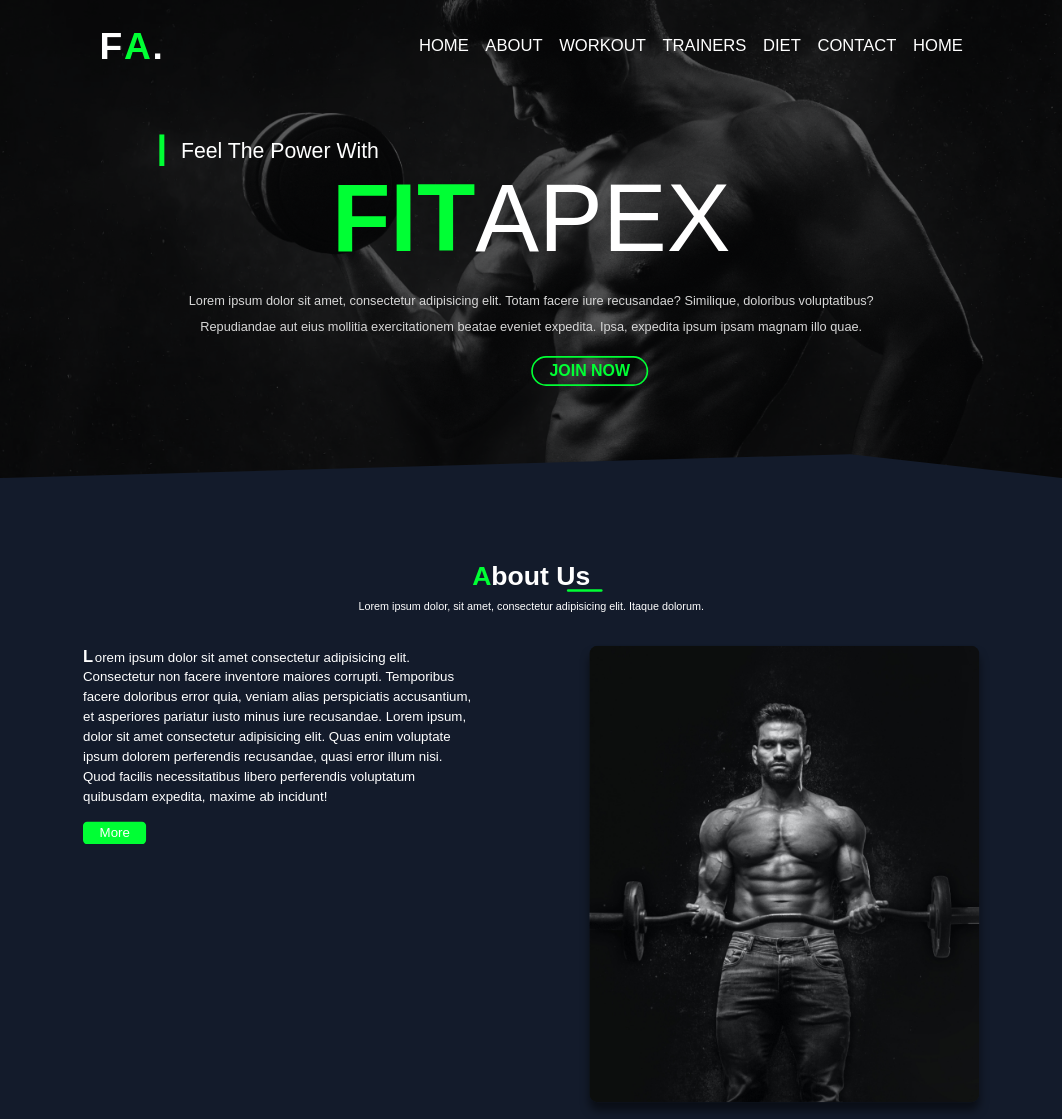
Repository: guilhermecardoso93/fitapex
Page: index.html
The author's editor kept a copy of each file at every save. The page is drawn from the files as they stood at one save, then again after the next save.
The browser window is 1280 px wide. The pictures show the whole page, at 83% of full size.

Above is the page before, as saved 2023-03-05 21:28:00.

### index.html
<!DOCTYPE html>
<html lang="pr-BR">
  <head>
    <meta charset="UTF-8" />
    <meta http-equiv="X-UA-Compatible" content="IE=edge" />
    <meta name="viewport" content="width=device-width, initial-scale=1.0" />
    <link rel="stylesheet" href="styles.css" />
    <link
      rel="stylesheet"
      href="https://cdnjs.cloudflare.com/ajax/libs/font-awesome/4.7.0/css/font-awesome.css"
    />
    <title>F.A GYM</title>
  </head>
  <body>
    <div class="navbar">
      <a href="#" class="logo">F<b>A</b>.</a>
      <ol>
        <li>
          <a href="#home">home</a>
        </li>
        <li>
          <a href="#about">about</a>
        </li>
        <li>
          <a href="#workout">workout</a>
        </li>
        <li>
          <a href="#trainers">trainers</a>
        </li>
        <li>
          <a href="#diet">diet</a>
        </li>
        <li>
          <a href="#contact">contact</a>
        </li>
        <li>
          <a href="#home">home</a>
        </li>
      </ol>
    </div>
    <section id="home" class="home view">
      <div class="highlights">
        <h3>feel the power with</h3>
        <h1><b>FIT</b>APEX</h1><br>
        <p class="tagline">
          Lorem ipsum dolor sit amet, consectetur adipisicing elit. Totam facere iure recusandae? Similique, doloribus voluptatibus? Repudiandae aut eius mollitia exercitationem beatae eveniet expedita. Ipsa, expedita ipsum ipsam magnam illo quae.
        </p>
        <button class="join">join now</button>
      </div>
      <div class="banner"/>
    </section>

    <section id="about" class="about view">
      <div class="main">
        <h2><span>A</span>bout Us</h2>
        <h6>Lorem ipsum dolor, sit amet, consectetur adipisicing elit. Itaque dolorum.</h6>
      </div>
      <div class="content">
        <div class="cols">
          <p><b>L</b>orem ipsum dolor sit amet consectetur adipisicing elit. Consectetur non facere inventore maiores corrupti. Temporibus facere doloribus error quia, veniam alias perspiciatis accusantium, et asperiores pariatur iusto minus iure recusandae. Lorem ipsum, dolor sit amet consectetur adipisicing elit. Quas enim voluptate ipsum dolorem perferendis recusandae, quasi error illum nisi. Quod facilis necessitatibus libero perferendis voluptatum quibusdam expedita, maxime ab incidunt! </p>
          <a href="#">more</a>
        </div>
        <div class="cols">
          <div class="box">
            <img src="./assets/about.jpg" alt="">
          </div>
        </div>
      </div>
    </section>
  </body>
</html>

### styles.css
@import url("https://fonts.googleapis.com/css2?family=Poppins:wght@400;500&display=swap");

@import "./css/_navbar.css";
@import "./css/_home.css";
@import "./css/_about.css";

* {
  margin: 0;
  padding: 0;
  box-sizing: border-box;
  font-family: "Poppisns", sans-serif;
  outline: none;
  color: #fff;
}

:root {
  --prime: #00ff34;
}

body {
  background-color: #131b2b;
}


.view {
  width: 100%;
  min-height: 80vh;
  position: relative;
}

### css/_navbar.css

.navbar {
  width: 100%;
  display: flex;
  position: fixed;
  padding: 30px 120px;
  background-color: transparent;
  justify-content: space-between;
  z-index: 1111;
  transition: 0.5s ease;
}

.logo {
  font-size: 2.8em;
  font-weight: 800;
  letter-spacing: 2px;
  text-transform: uppercase;
  text-decoration: none;
}

.logo B{
  color: var(--prime);
}

ol {
  display: flex;
  margin: auto 0;
}

ol li {
  list-style: none;
  margin-left: 20px;
}

ol li a {
  font-size: 20px;
  font-weight:500;
  text-transform: uppercase;
  text-decoration: none;
}

ol li:hover a {
  color: var(--prime);
}

### css/_home.css
.home {
  display: flex;
  min-height: 120vh;
  align-items: center;
  justify-content: center;
  clip-path: polygon(0 0, 100% 0, 100% 100%, 80% 95%, 0 100%);
}

.banner {
  height: 100%;
  width: 100%;
  position: absolute;
  background: url("../assets/banner.jpg");
  background-size: cover;
  background-position: center;
  filter: brightness(40%);
}

.highlights {
  width: 70%;
  position: relative;
  display: inline-block;
  z-index: 11;
}

.highlights h3 {
  display: inline;
  font-size: 2vw;
  padding: 5px 20px;
  font-weight: lighter;
  text-transform: capitalize;
  border-left: 6px solid var(--prime);
}

.highlights h1 {
  font-size: 9vw;
  text-align: center;
  font-weight: normal;
}

.highlights b {
  color: var(--prime);
  font-weight: 800;
  font-family: sans-serif;
}

.highlights .tagline {
  color: #d7d7d7;
  font-size: 1.2vw;
  text-align: center;
  font-weight: normal;
  line-height: 32px;
}

.highlights .join {
  position: absolute;
  left: 50%;
  margin-top: 1.2rem;
  padding: 5px 20px;

  transform: tanslateX(-500%);
  font-weight: 800;
  font-size: 1.5vw;
  text-transform: uppercase;

  color: var(--prime);
  border: 2px solid var(--prime);
  border-radius: 50px;
  background: transparent;

  transition: 0.3s ease;
}

.highlights .join:hover {
  color: #fff;
  cursor: pointer;
  letter-spacing: 1.5px;
  background: var(--prime);
}

### css/_about.css
.main {
  width: 100%;
  text-align: center;
  padding-bottom: 20px;
}

.main h2 {
  font-size: 2.5vw;
  position: relative;
  text-align: center;
  padding-top: 100px;
  display: inline-block;
}

span {
  color: var(--prime);
}

.main h2:before {
  position: absolute;
  content: '';
  background: var(--prime);
  height: 3px;
  width: 30%;
  right: -15px;
  bottom: 0;
  border-radius: 50px;
}

.main h6 {
  margin-top: 10px;
  font-size: 13px;
  font-family: sans-serif;
  font-weight: lighter;
}

.content {
  position: relative;
  display: flex;
  width: 100%;
  padding: 0 30px;
  justify-content: center;
  line-height: 1.5em;
}

.about .content .cols {
  position: relative;
  width: 100%;
  height: 100%;
  padding: 20px 70px;
}

.about .content .cols p b {
  font-size: 20px;
  margin-right: 2px;
}

.about .content .cols a {
  position: relative;
  top: 20px;
  color: #fff;
  background-color: var(--prime);
  padding: 5px 20px;
  border-radius: 5px;
  text-decoration: none;
  text-weight: 500;
  text-transform: capitalize;
}

.about .content .cols a:hover {
  color: #000;
  background: #fff;
}

.about .content .cols .box {
  position: relative;
  height: 550px;
  box-shadow: 0 10px 10px rgba(0,0,0,0.5);
  border-radius: 10px;
}

.about .content .cols .box img {
  position: absolute;
  top:0;
  left: 0;
  height: 100%;
  width: 100%;
  object-fit: cover;
  border-radius: 10px;
}

After the next save:
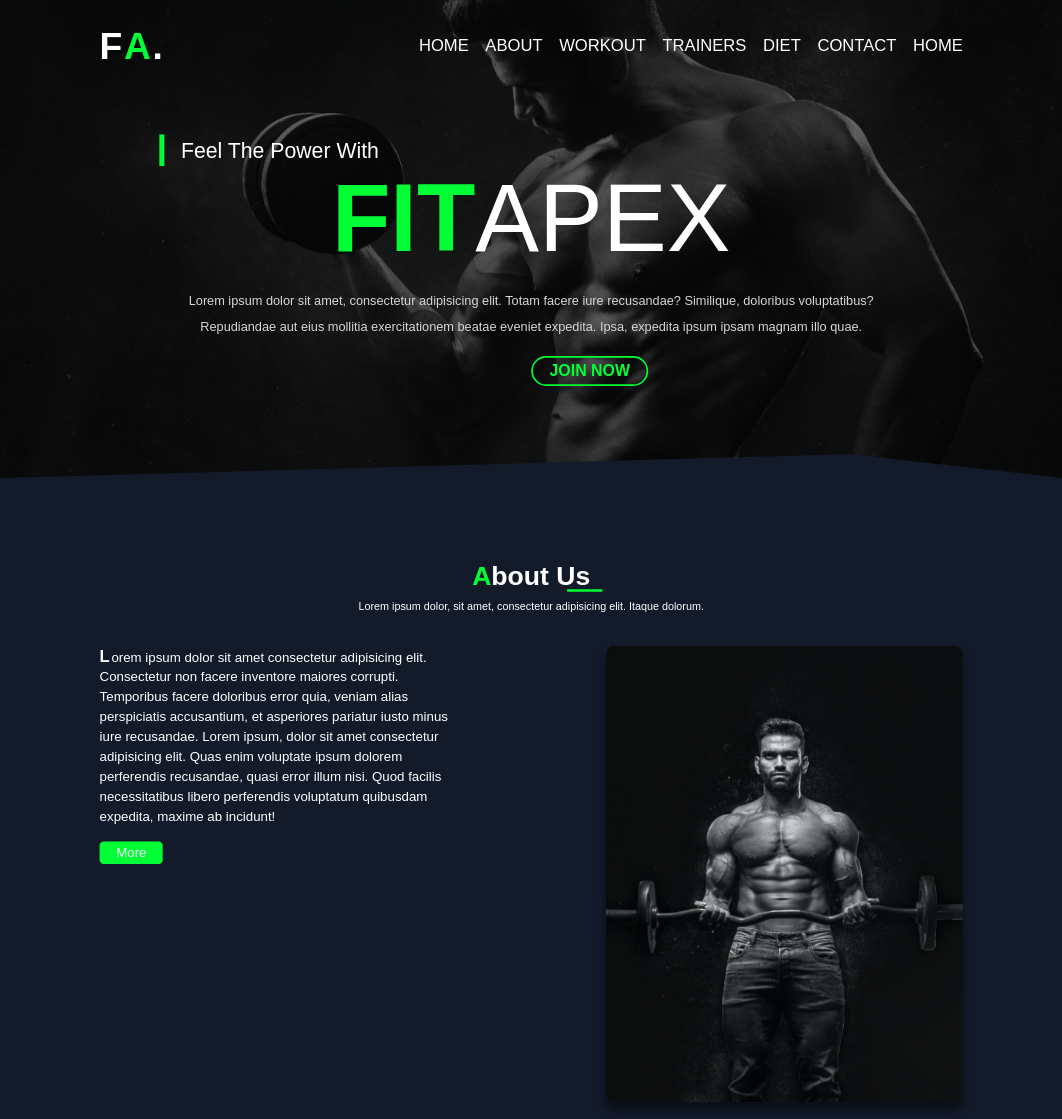
Saved 19 s later.
--- a/css/_about.css
+++ b/css/_about.css
@@ -18,7 +18,7 @@ span {
 
 .main h2:before {
   position: absolute;
-  content: '';
+  content: "";
   background: var(--prime);
   height: 3px;
   width: 30%;
@@ -47,7 +47,7 @@ span {
   position: relative;
   width: 100%;
   height: 100%;
-  padding: 20px 70px;
+  padding: 20px 90px;
 }
 
 .about .content .cols p b {
@@ -75,13 +75,13 @@ span {
 .about .content .cols .box {
   position: relative;
   height: 550px;
-  box-shadow: 0 10px 10px rgba(0,0,0,0.5);
+  box-shadow: 0 10px 10px rgba(0, 0, 0, 0.5);
   border-radius: 10px;
 }
 
 .about .content .cols .box img {
   position: absolute;
-  top:0;
+  top: 0;
   left: 0;
   height: 100%;
   width: 100%;
